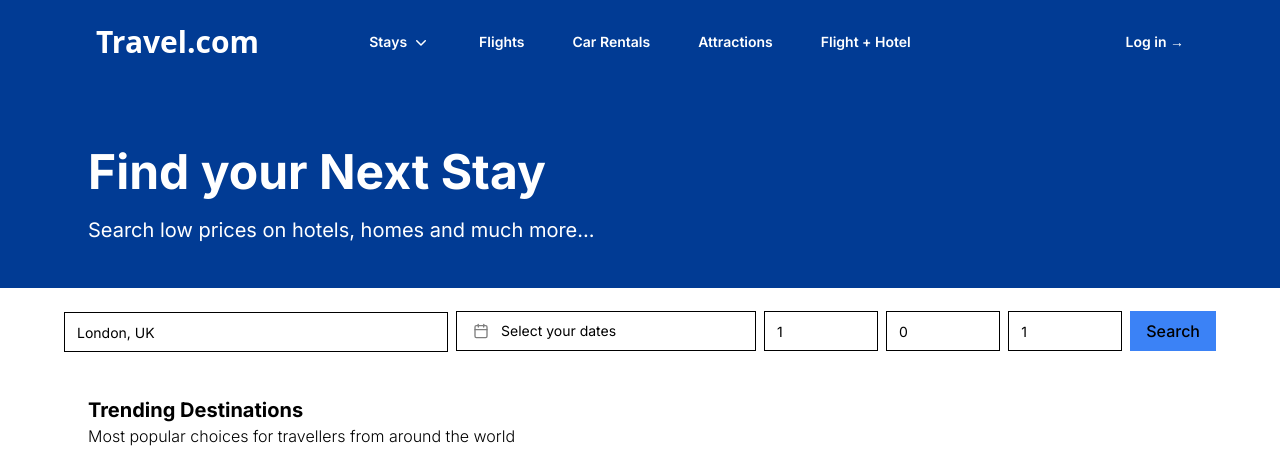
Repository: Qu4ntumGuy/booking
Page: /
These files come from the project's save history. The page is drawn as it stood at one moment and after the next save; the edit follows.
The browser window is 1280 px wide. The pictures show the part of the page from y = 0 to 468 px (the page is 920 px tall).
Pictures or frames that could not be fetched are drawn as grey boxes. The project was rebuilt for these pictures with package versions that can differ from the ones it lists, and the page was loaded fresh each time. The framework's server and built-in components were replaced by stand-ins that run in the browser. Also part of the build but not shown: next.config.mjs, components/ui/calendar.tsx.

Above is the page before, as saved 2024-07-03 16:28:18.

After the next save:
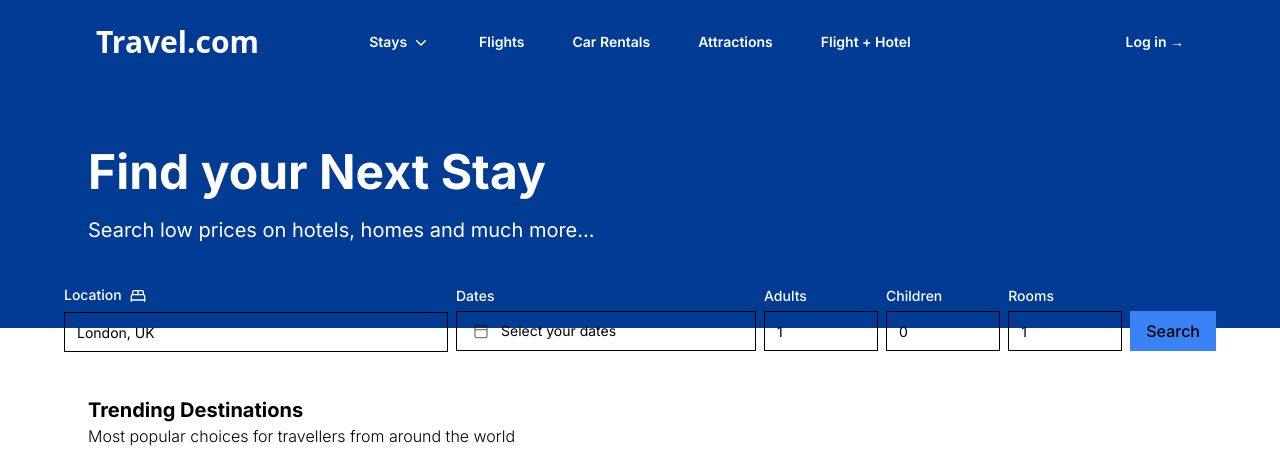
Saved 14 s later.
--- a/app/page.tsx
+++ b/app/page.tsx
@@ -14,7 +14,7 @@ export default function Home() {
         </div>
       </section>
 
-      <section className="bg-[#013B94] lg:bg-white -mb-5 lg:mb-0 lg:-mt-10 px-2 lg:px-4">
+      <section className="-mb-5 lg:mb-0 lg:-mt-10 px-2 lg:px-4">
         <SearchForm />
       </section>
       <section className="mx-auto mb-10 max-w-6xl p-6 bg-white rounded-t-lg">
